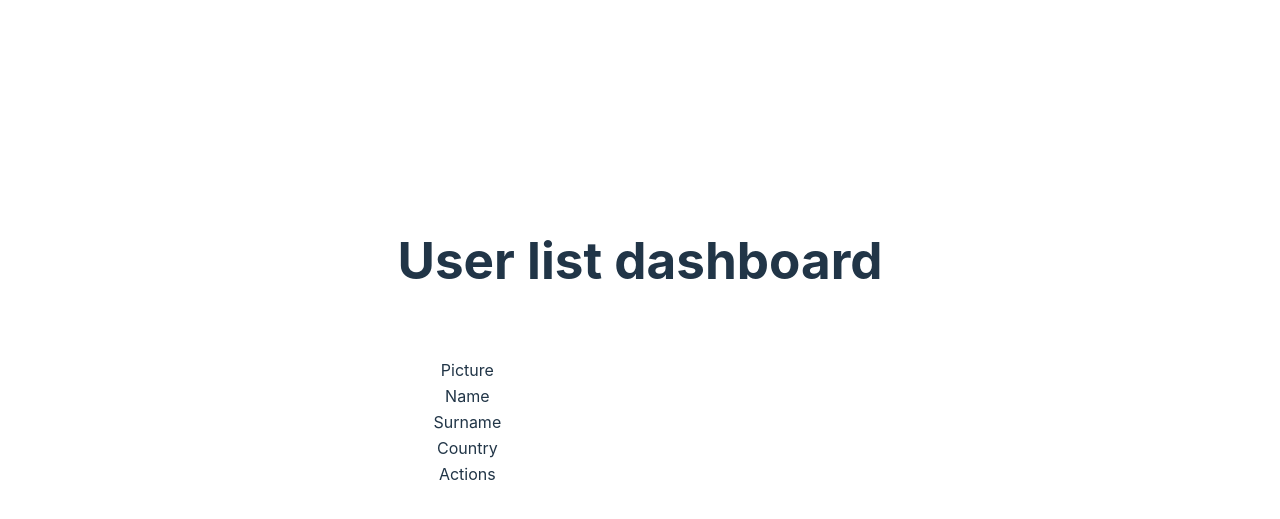
Repository: atzin-escandia/react-typescript-users-dashboard
Page: /
An editor plug-in stored every save of this project. The page is shown before and after the next save, followed by the edit.
The browser window is 1280 px wide. The pictures show the whole page.
The page's requests for data from a server got no answer. The project was rebuilt for these pictures with package versions that can differ from the ones it lists, and the page was loaded fresh each time. No one was signed in, and anything a server would have sent is missing. Also part of the build but not shown: vite.config.ts.

Above is the page before, as saved 2023-10-08 21:28:50.

After the next save:
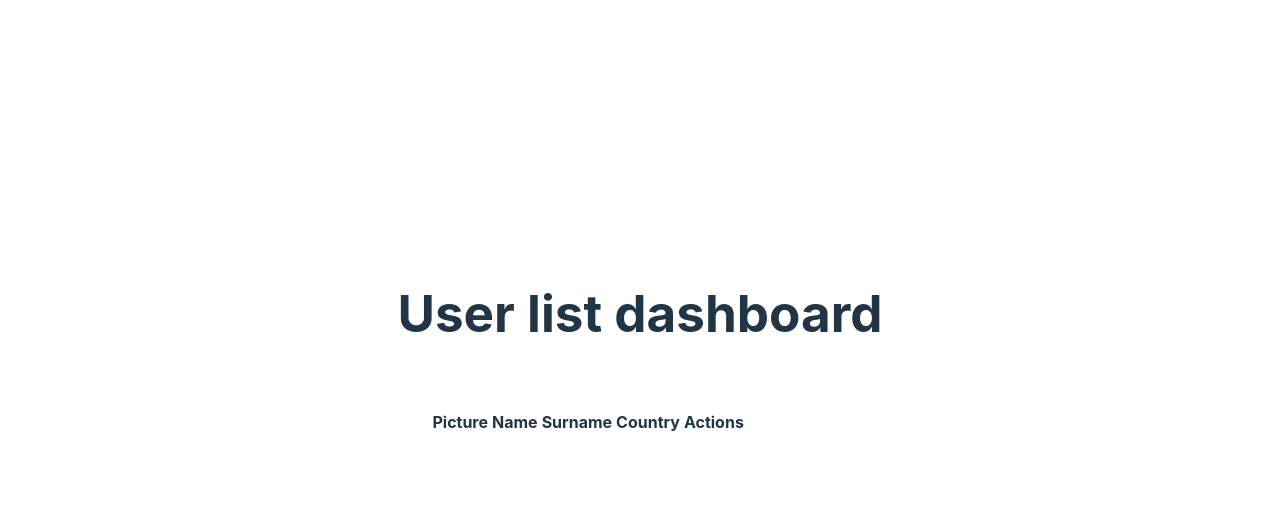
Saved 13 s later.
--- a/src/components/UsersList.tsx
+++ b/src/components/UsersList.tsx
@@ -24,7 +24,7 @@
         <thead>
           <tr>
             {TABLE_HEADER.map((title: string, index: number) => (
-              <tr key={index}>{title}</tr>
+              <tH key={index}>{title}</tH>
             ))}
           </tr>
         </thead>
